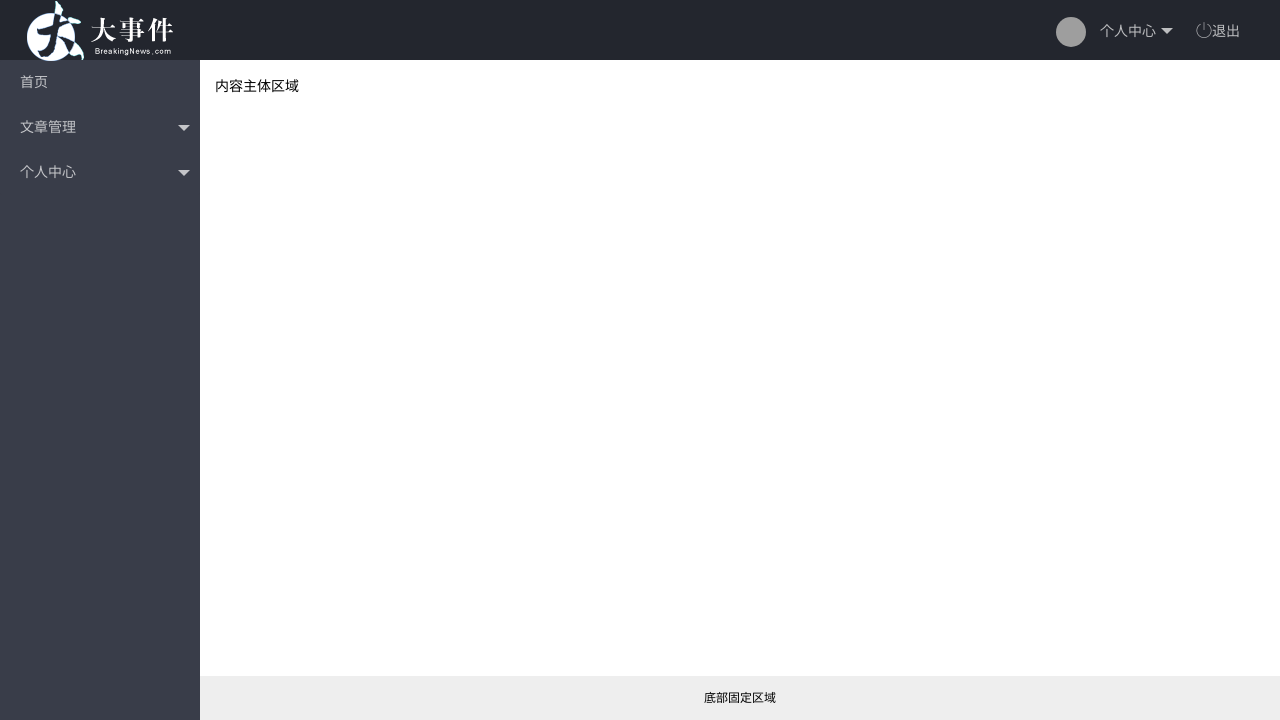
Repository: lithronmatic/web_bigbigevent
Page: index.html
An editor plug-in stored every save of this project. The page is shown before and after the next save, followed by the edit.
The browser window is 1280 px wide. The pictures show the whole page.
Pictures or frames that could not be fetched are drawn as grey boxes. The page's requests for data from a server got no answer.

Above is the page before, as saved 2022-09-03 09:07:18.

After the next save:
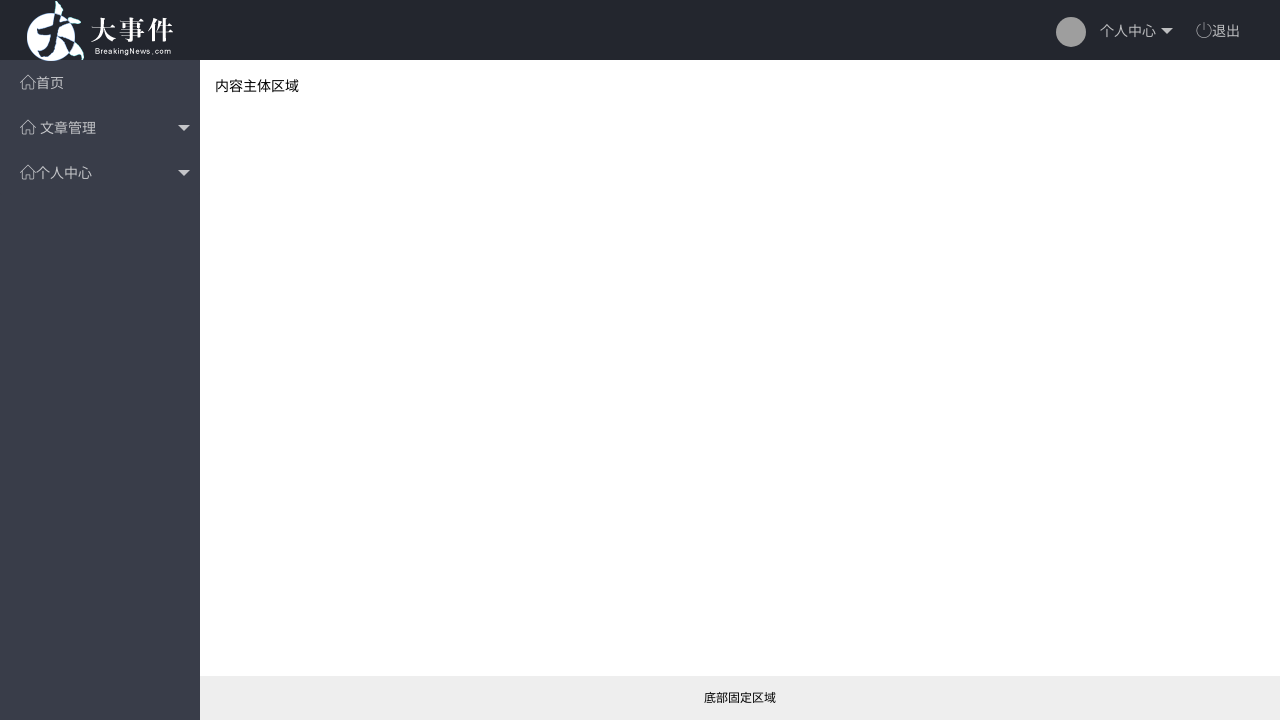
Saved 2 min 54 s later.
--- a/index.html
+++ b/index.html
@@ -43,9 +43,13 @@
             <div class="layui-side-scroll">
                 <!-- 左侧导航区域（可配合layui已有的垂直导航） -->
                 <ul class="layui-nav layui-nav-tree" lay-shrink="all" lay-filter="test">
-                    <li class="layui-nav-item"><a href="">首页</a></li>
                     <li class="layui-nav-item">
-                        <a class="" href="javascript:;">文章管理</a>
+                        <a href="javascript:;"><span class="iconfont icon-home"></span>首页</a>
+                    </li>
+                    <li class="layui-nav-item">
+                        <a class="" href="javascript:;"><span class="iconfont icon-home"></span>
+                            文章管理
+                        </a>
                         <dl class="layui-nav-child">
                             <dd><a href="javascript:;">文章类别</a></dd>
                             <dd><a href="javascript:;">文章列表</a></dd>
@@ -53,7 +57,7 @@
                         </dl>
                     </li>
                     <li class="layui-nav-item">
-                        <a href="javascript:;">个人中心</a>
+                        <a href="javascript:;"><span class="iconfont icon-home"></span>个人中心</a>
                         <dl class="layui-nav-child">
                             <dd><a href="javascript:;">基本资料</a></dd>
                             <dd><a href="javascript:;">更换头像</a></dd>
